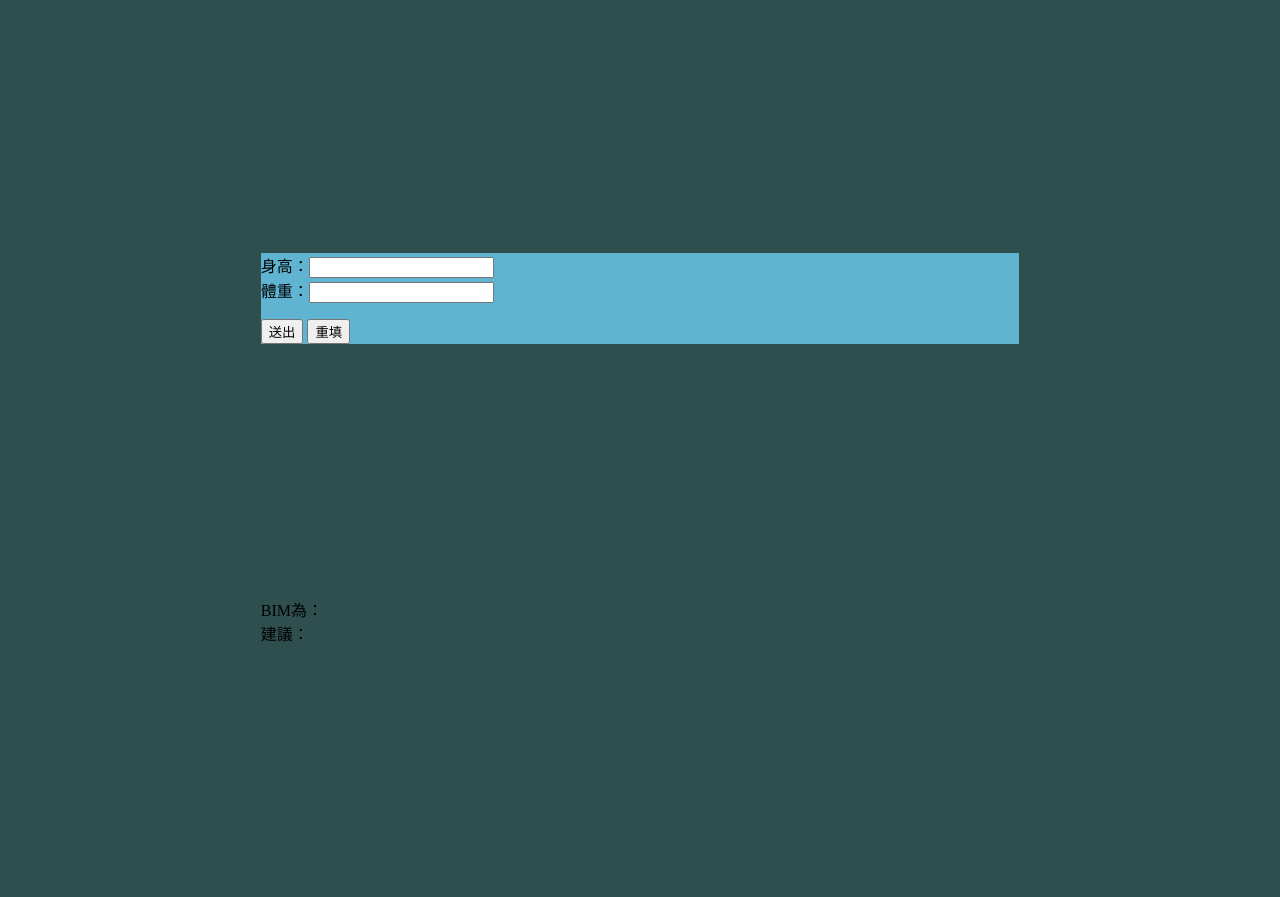
Repository: Digi-Duck/cybercube
Page: 12- 張雅婷/1117-bmi.html
The author's editor kept a copy of each file at every save. The page is drawn from the files as they stood at one save, then again after the next save.
The browser window is 1280 px wide. The pictures show the whole page.

Above is the page before, as saved 2022-11-24 13:49:10.

### 12- 張雅婷/1117-bmi.html
<!DOCTYPE html>
<html lang="en">

<head>
    <meta charset="UTF-8">
    <meta http-equiv="X-UA-Compatible" content="IE=edge">
    <meta name="viewport" content="width=device-width, initial-scale=1.0">
    <title>Document</title>
    <link rel="stylesheet" href="bmi.css">
</head>

<body>
    <!DOCTYPE html>
<html lang="en">

<head>
    <meta charset="UTF-8">
    <meta http-equiv="X-UA-Compatible" content="IE=edge">
    <meta name="viewport" content="width=device-width, initial-scale=1.0">
    <title>Document</title>
</head>

<body>
    <div class="bmi_input">
        <div class="input">
            身高：<input type="text" id="height" >
        </div>
        <div class="input">
            體重：<input type="text" id="weight">
       <p></p>
            <div class="btns">
                <button id="cal" >送出</button>
                <button type="reset">重填</button>
            </div>
        </div>
    </div>
    <div class="bmi_output act">
        <div id="bmi_num">BIM為：</div>
        <div id="bmi_tips">建議：</div>
    </div>

</body>
<!-- <div class="input">
        身高：<input type="text" id="tell" >
        體重：<input type="text" id="heavy">
   <p></p>
        <div class="btns">
            <input name="" value="送出"></input>
            <button type="reset">重填</button>
        </div>
    </div>
</div>
<div class="bmi">
    <div id="bminum">BIM為：</div>
    <div id="bmitips">建議：</div>
</div> -->

    <!-- <script type="text/javascript">
        function () {
            var tall = document.querySelector('.cm');
            var heavy = document.querySelector('.kg');
            var bmi = ;

        }
        function bmi(tall, heavy) {
            var bmi = (heavy % (tall * tall))
        }
        if((tall!="")&(heavy!="")){
            bmi.style.display="block";

        } -->


</html>

### 12- 張雅婷/bmi.css
.bmi_input{
    margin: 20%;
    align-items: center;
    background-color: #5fb5d1;
    color: black;
}

.bmi_output.act{
    opacity:1;
    margin: 20%;
    align-items: center;
}
body{
    background-color: darkslategray;
}

After the next save:
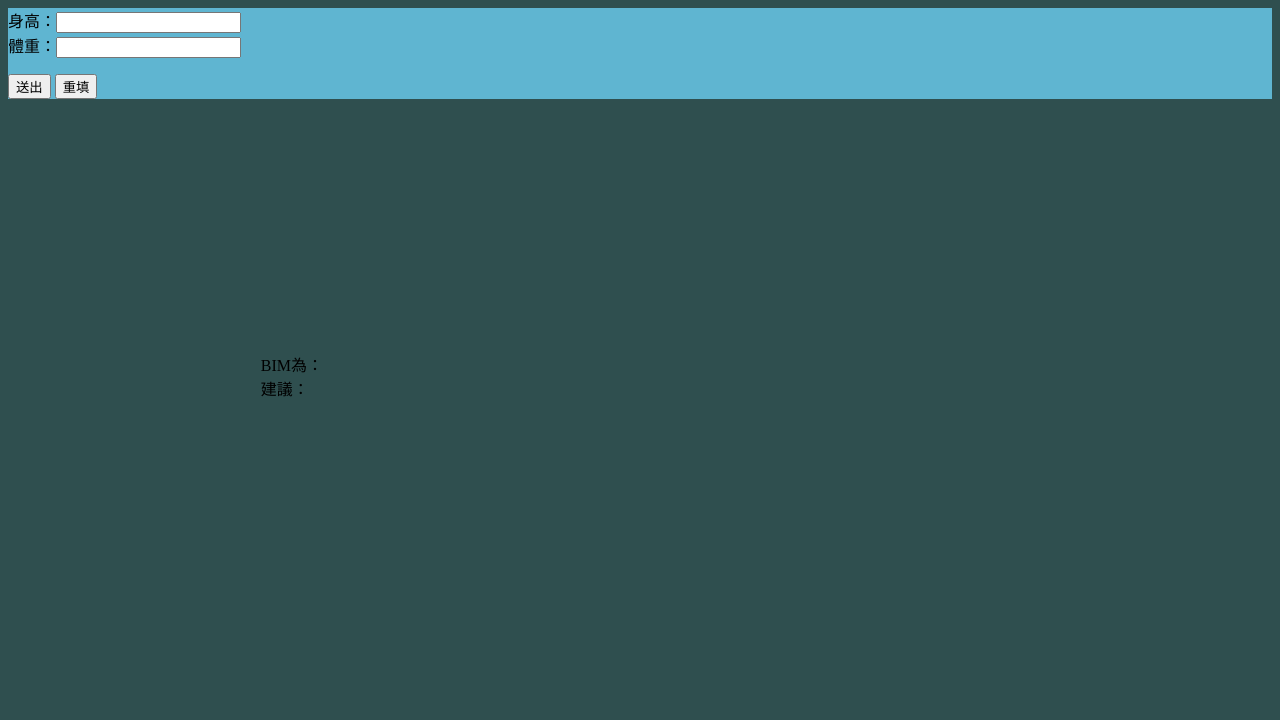
Saved 6 s later.
--- a/12- 張雅婷/bmi.css
+++ b/12- 張雅婷/bmi.css
@@ -1,5 +1,5 @@
 .bmi_input{
-    margin: 20%;
+
     align-items: center;
     background-color: #5fb5d1;
     color: black;

After the save that followed:
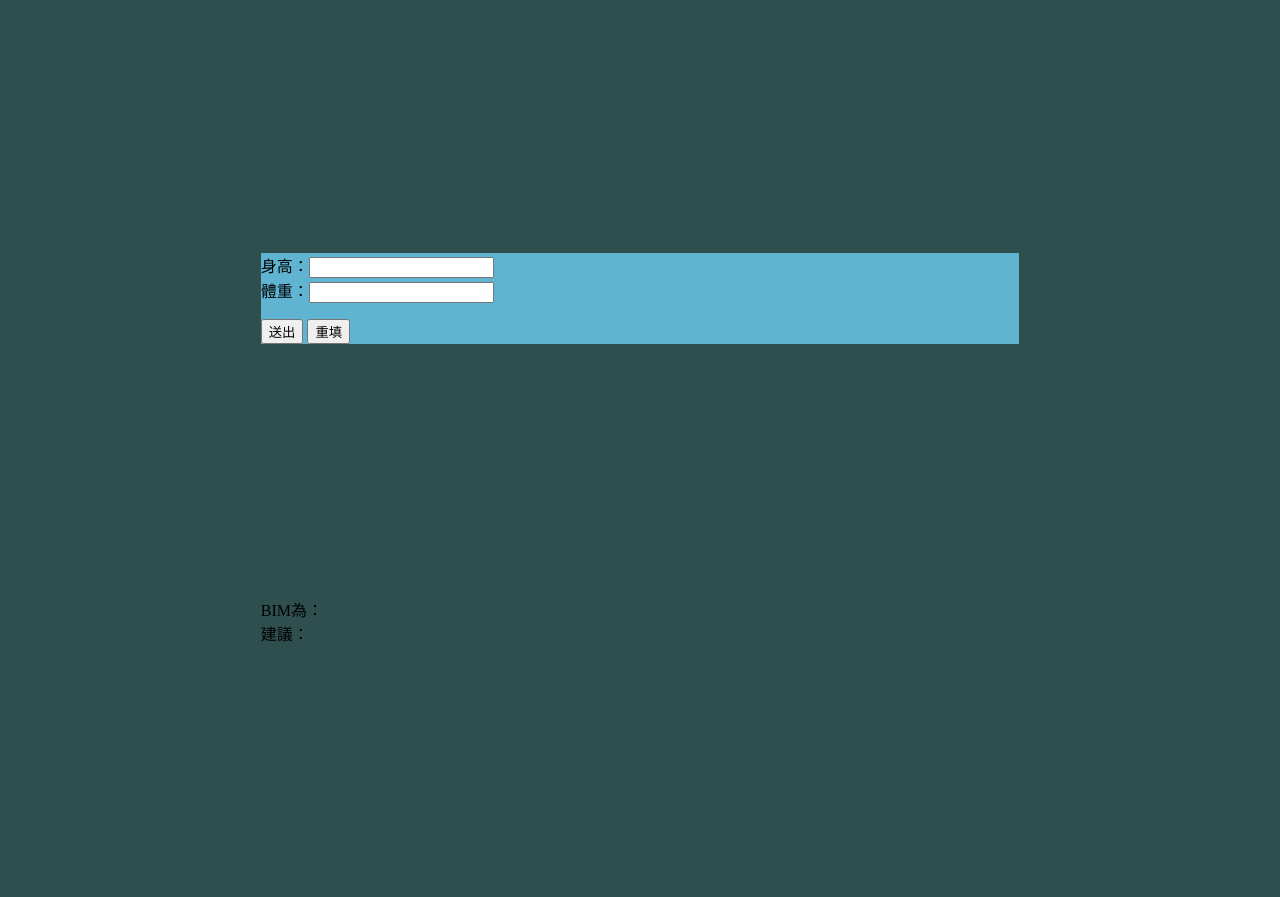
Saved 4 s later.
--- a/12- 張雅婷/bmi.css
+++ b/12- 張雅婷/bmi.css
@@ -1,5 +1,5 @@
 .bmi_input{
-
+    margin: 20%;
     align-items: center;
     background-color: #5fb5d1;
     color: black;
